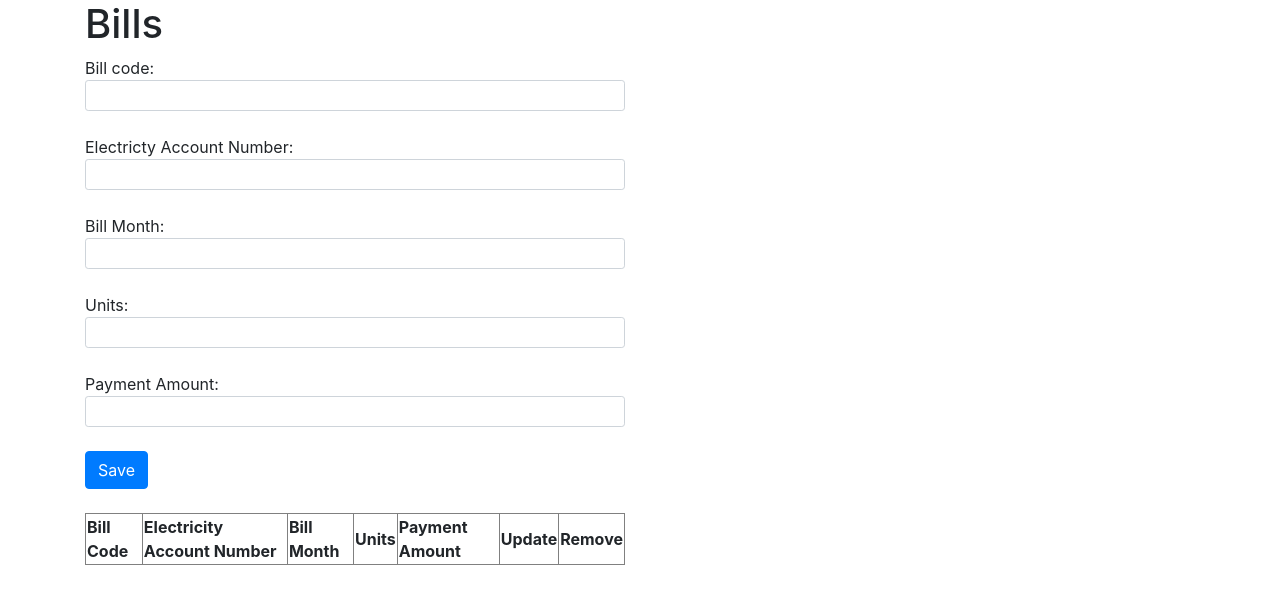
Repository: shanalids/G160_ElectroGrid_BillService
Page: http://localhost/Electrogrid_BillService/Bill.jsp
An editor plug-in stored every save of this project. The page is shown before and after the next save, followed by the edit.
The browser window is 1280 px wide. The pictures show the whole page.
The page is served by Tomcat 9. Queries for data that is not in the repository find no rows.

Above is the page before, as saved 2022-05-10 16:43:27.

After the next save:
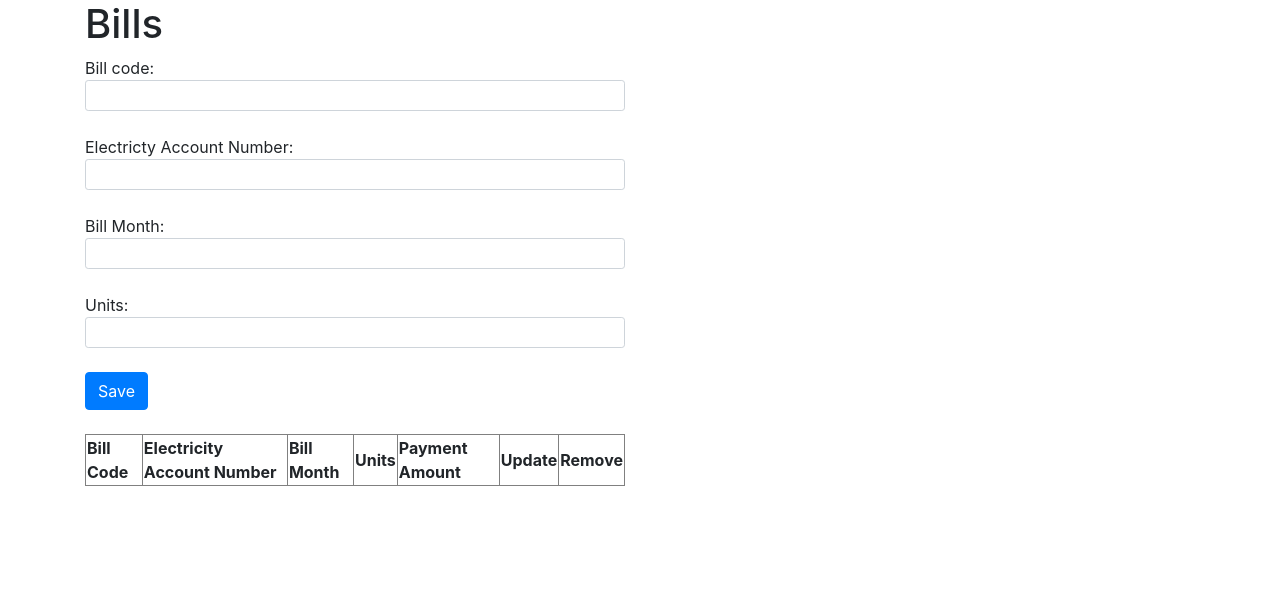
Saved 2 min 3 s later.
--- a/Electrogrid_BillService/src/main/webapp/Bill.jsp
+++ b/Electrogrid_BillService/src/main/webapp/Bill.jsp
@@ -28,9 +28,7 @@
                     Units:
 					    <input id="units" name="units" type="text"
 						class="form-control form-control-sm"> <br>
-					Payment Amount:
-					    <input id="paymentAmount" name="paymentAmount" type="text"
-						class="form-control form-control-sm"> <br>
+
 
 						<input id="btnSave" name="btnSave" type="button" value="Save" class="btn btn-primary"> <input type="hidden" id="hidBillIDSave" name="hidBillIDSave" value="">
 				</form>
